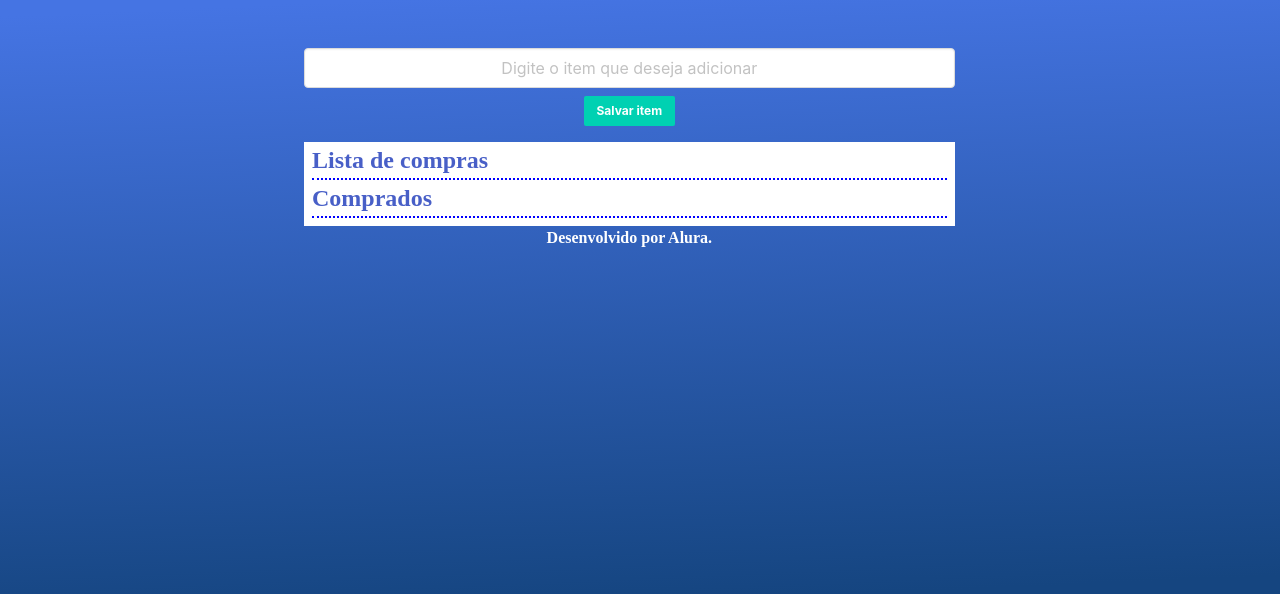
Repository: joaoPraiaJunior/js-manipulando-objetos
Page: index.html
These files come from the project's save history. The page is drawn as it stood at one moment and after the next save; the edit follows.
The browser window is 1280 px wide. The pictures show the whole page.
Empty fields were first filled with sample values (such as "Sample", 5 or name@example.com).
After loading, the first visible `#form-itens` was submitted once.
Some web fonts or font styles are not loaded; a fallback is used.

Above is the page before, as saved 2024-09-03 22:28:20.

### index.html
<!DOCTYPE html>
<html lang="pt-BR" dir="ltr">

<head>
    <meta charset="UTF-8">
    <meta http-equiv="X-UA-Compatible" content="IE=edge">
    <meta name="viewport" content="width=device-width, initial-scale=1.0">
    <title>Lista de compras</title>
    <link rel="stylesheet" href="https://cdn.jsdelivr.net/npm/bulma@0.9.4/css/bulma.min.css">
    <link rel="preconnect" href="https://fonts.googleapis.com">
    <link rel="preconnect" href="https://fonts.gstatic.com" crossorigin>
    <link href="https://fonts.googleapis.com/css2?family=Mansalva&family=Montserrat:ital,wght@0,300;1,200&display=swap"
        rel="stylesheet">
    <link rel="stylesheet" href="assets/style.css">
    <link rel="stylesheet" href="https://cdnjs.cloudflare.com/ajax/libs/font-awesome/6.2.0/css/all.min.css">
</head>

<body class="has-text-grey hero">

    <main class="column is-7 hero-body is-offset-one-fifth is-unselectable">

        <form id="form-itens" class="has-text-centered" data-js="formulario">
            <input type="text" name="item" class="input has-text-centered" required placeholder="Digite o item que deseja adicionar" id="receber-item">
            <button for="salvar" type="submit" class="mt-2 has-text-weight-bold button is-small is-primary" data-js="botao-salvar-item">Salvar item</button>
        </form>

        <div class="has-background-white mt-4">
            <div>
                <h2 class="has-text-link has-text-weight-bold is-size-4 ml-2">Lista de compras</h1>
                    <ul class="mx-2 borda-lista" id="lista-de-itens" data-js="lista-de-itens">
                    </ul>
            </div>

            <section class="pb-2">
                <h2 class="has-text-link has-text-weight-bold is-size-4 ml-2">Comprados</h1>
                    <ul class="mx-2 borda-lista" id="itens-comprados" data-js="itens-comprados">
                    </ul>
            </section>

        </div>
        <footer class="has-text-centered has-text-white has-text-weight-bold">Desenvolvido por Alura.</footer>
    </main>

    <script src="./main.js"></script>
</body>

</html>

### main.js

const elementos = {
    formulario: '[data-js="formulario"]',
    listaDeItens: '[data-js="lista-de-itens"]',
    itensComprados: '[data-js="itens-comprados"]',
}

const formulario = document.querySelector(elementos.formulario);
const listaDeItens = document.querySelector(elementos.listaDeItens);
const itensComprados = document.querySelector(elementos.itensComprados);
let itensParaComprar = [];

function salvarDadosDoFormulario(evento) {

    evento.preventDefault();

    const itemDeCompra = formulario.item.value;

    if(verificaSeItemJaExiste(itemDeCompra)) {

        alert('Item já existe na lista');
        return;
    }

    const dados = {
        valor: itemDeCompra,
    }

    itensParaComprar.push(dados);

    formulario.item.value = '';

    console.log(itensParaComprar);
}

function verificaSeItemJaExiste(itemDeCompra) {

    const itemJaExiste = itensParaComprar.some(item => item.item.toLowerCase() === itemDeCompra.toLowerCase());

    return itemJaExiste;
}

function renderizarItens() {

    listaDeItens.innerHTML = '';

    itensParaComprar.forEach((item, indice) => {;
        listaDeItens.appendChild(criarItem(item, indice));
    });
}

function criarItem(item, indice) {

    const li = document.createElement('li');
    const divInputs = document.createElement('div');
    const label = document.createElement('label');
    const checkbox = document.createElement('input');
    const input = document.createElement('input');
    const divBotoes = document.createElement('div');
    const botaoDeletar = document.createElement('button');
    const IconeDeletar = document.createElement('i');

    li.classList.add('item-compra', 'is-flex', 'is-justify-content-space-between');
    li.dataset.value = indice;
    checkbox.type = 'checkbox';
    checkbox.classList.add('is-clickable');
    input.type = 'text';
    input.classList.add('is-size-5');
    input.value = item.valor;
    input.disabled = true;


    label.appendChild(checkbox);
    label.appendChild(input);
    divInputs.appendChild(label);

    botaoDeletar.appendChild(IconeDeletar);
    divBotoes.appendChild(botaoDeletar);

    li.appendChild(divInputs);
    li.appendChild(divBotoes);

    return li;
}

formulario.addEventListener('submit', salvarDadosDoFormulario);

Loaded but not shown: assets/style.css (common file)

After the next save:
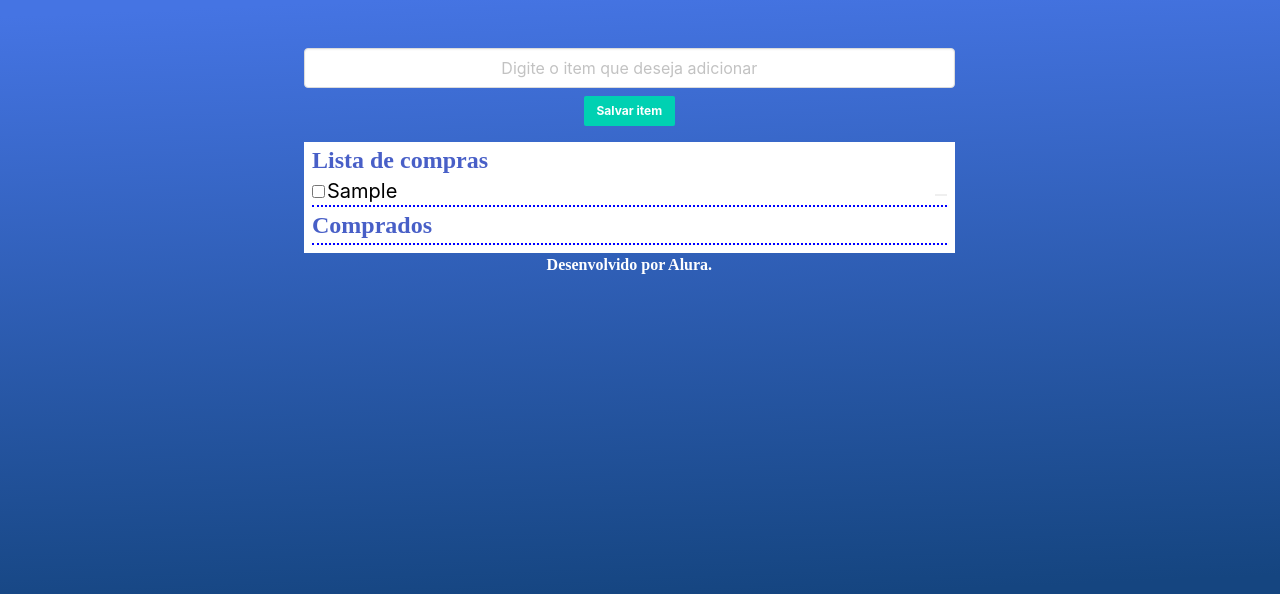
Saved 14 s later.
--- a/main.js
+++ b/main.js
@@ -31,6 +31,8 @@ function salvarDadosDoFormulario(evento) {
     formulario.item.value = '';
 
     console.log(itensParaComprar);
+
+    renderizarItens();
 }
 
 function verificaSeItemJaExiste(itemDeCompra) {
